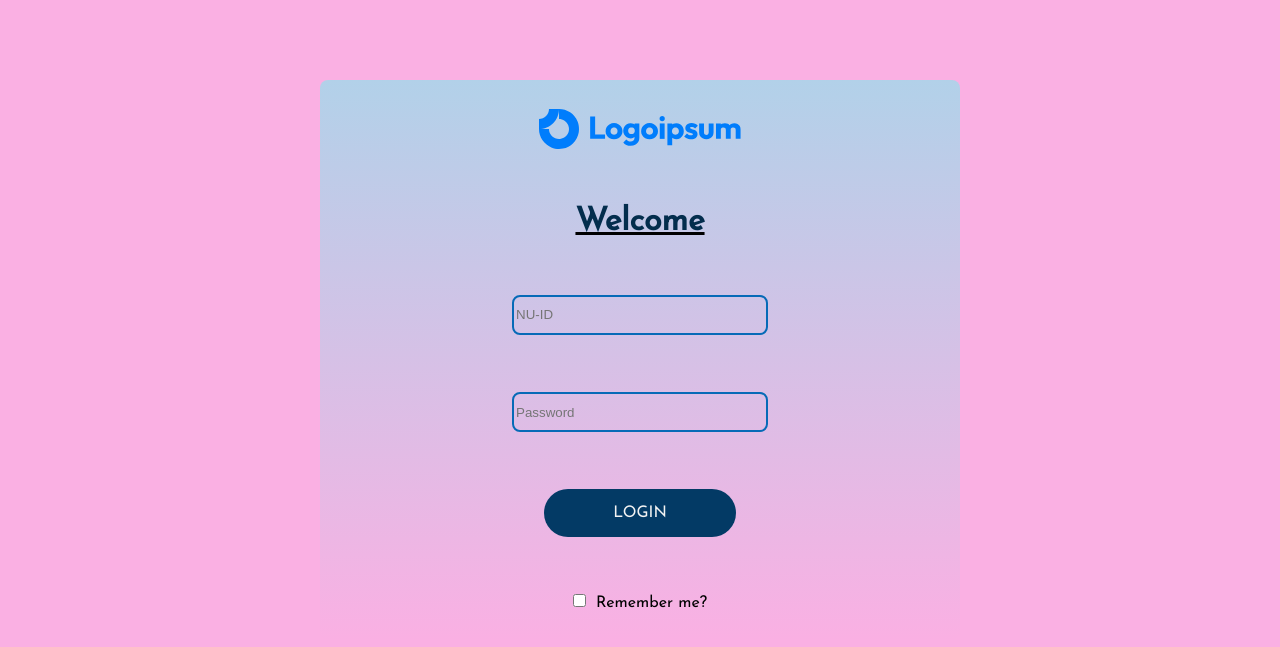
Repository: Tahaa2t/Researchers
Page: /
The author's editor kept a copy of each file at every save. The page is drawn from the files as they stood at one save, then again after the next save.
The browser window is 1280 px wide. The pictures show the whole page.
The project was rebuilt for these pictures with package versions that can differ from the ones it lists, and the page was loaded fresh each time.

Above is the page before, as saved 2023-06-25 23:41:00.

After the next save:
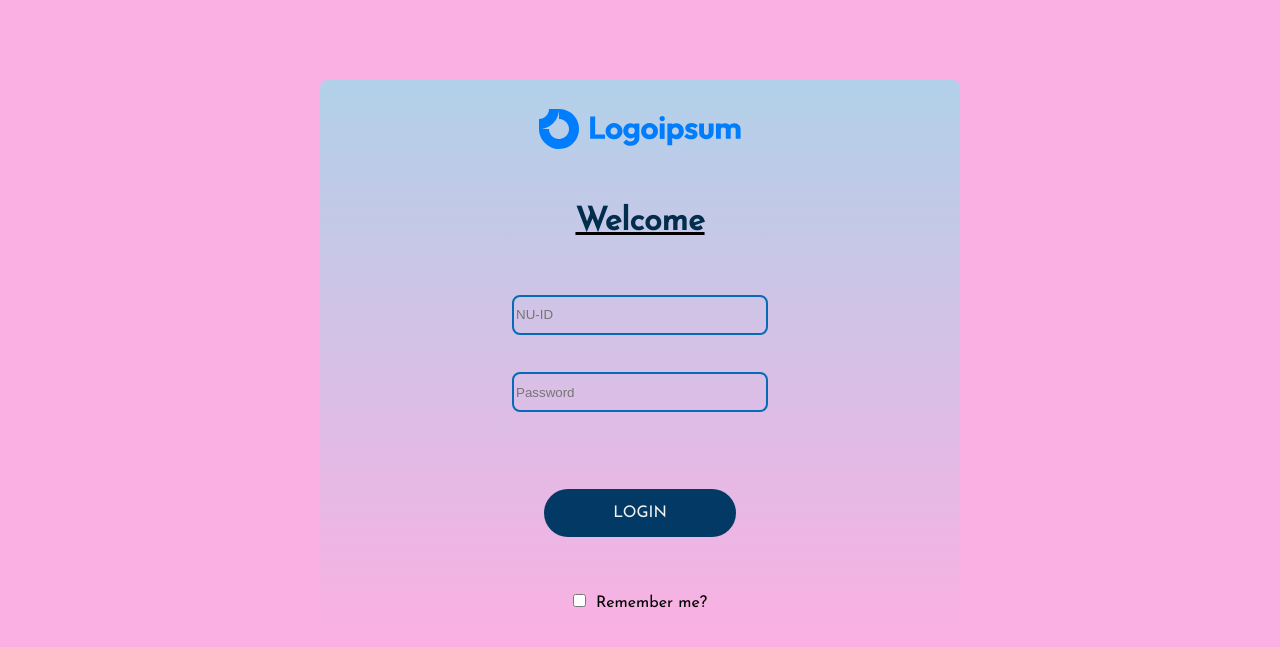
Saved 8 s later.
--- a/src/Components/css/loginstyle.css
+++ b/src/Components/css/loginstyle.css
@@ -72,8 +72,8 @@ input[type=password]{
   /* outline-color: rgb(6, 106, 183); */
   height: 3em;
   width: 40%;
-  /* position: relative;
-  top: -1.5em; */
+  position: relative;
+  top: -1.5em;
 }
 .line{
   text-decoration: underline;
